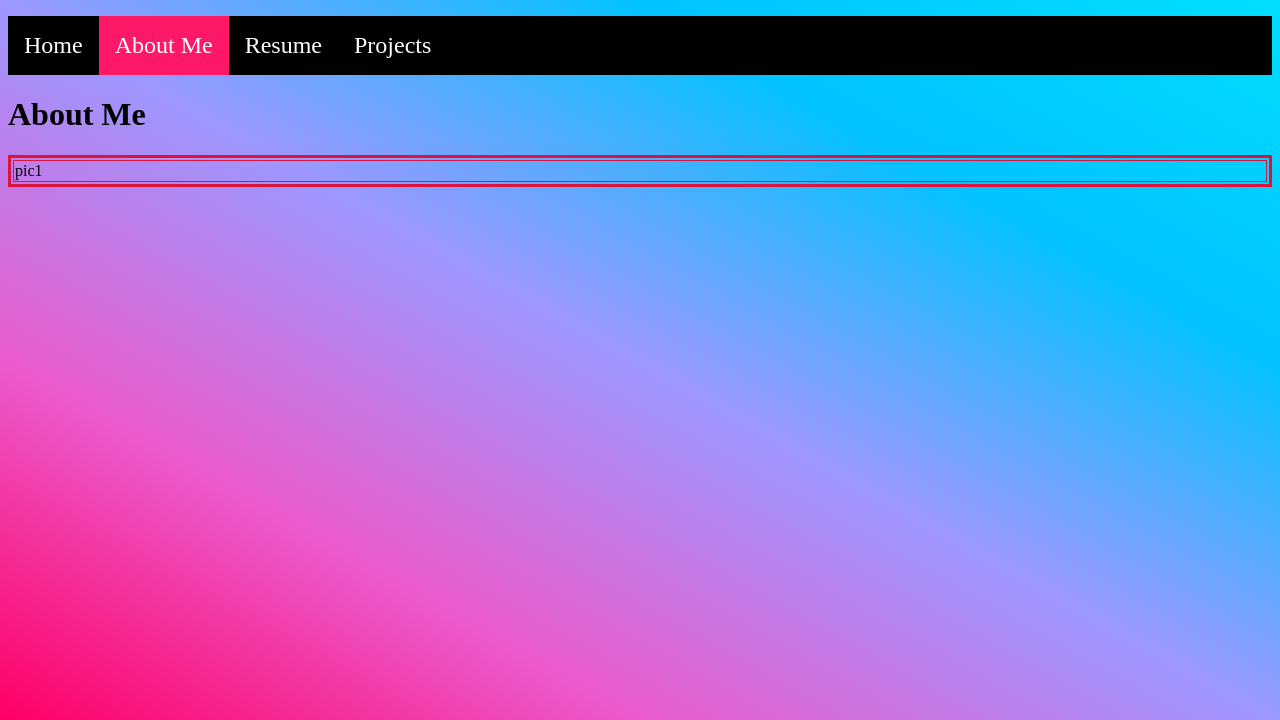
Repository: Zatarain10/Zatarain10.github.io
Page: aboutme.html
The author's editor kept a record of every edit. The page is drawn from the files as they stood at one moment, then again after the next edit.
The browser window is 1280 px wide. The pictures show the whole page.

Above is the page before.

After the next edit:
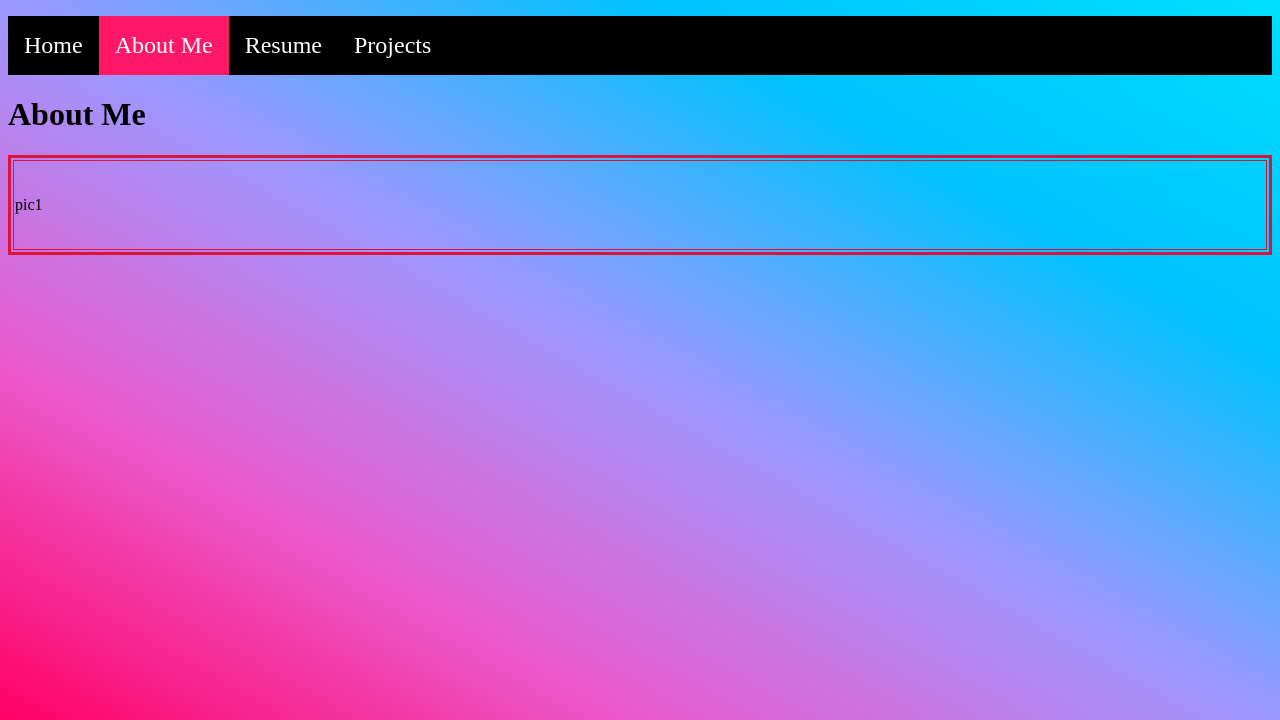
The edit:
--- a/style.css
+++ b/style.css
@@ -53,5 +53,5 @@
         table{
             border: 3px solid crimson;
             width: 100%;
-            height: 75%;
+            height: 100px;
         }
